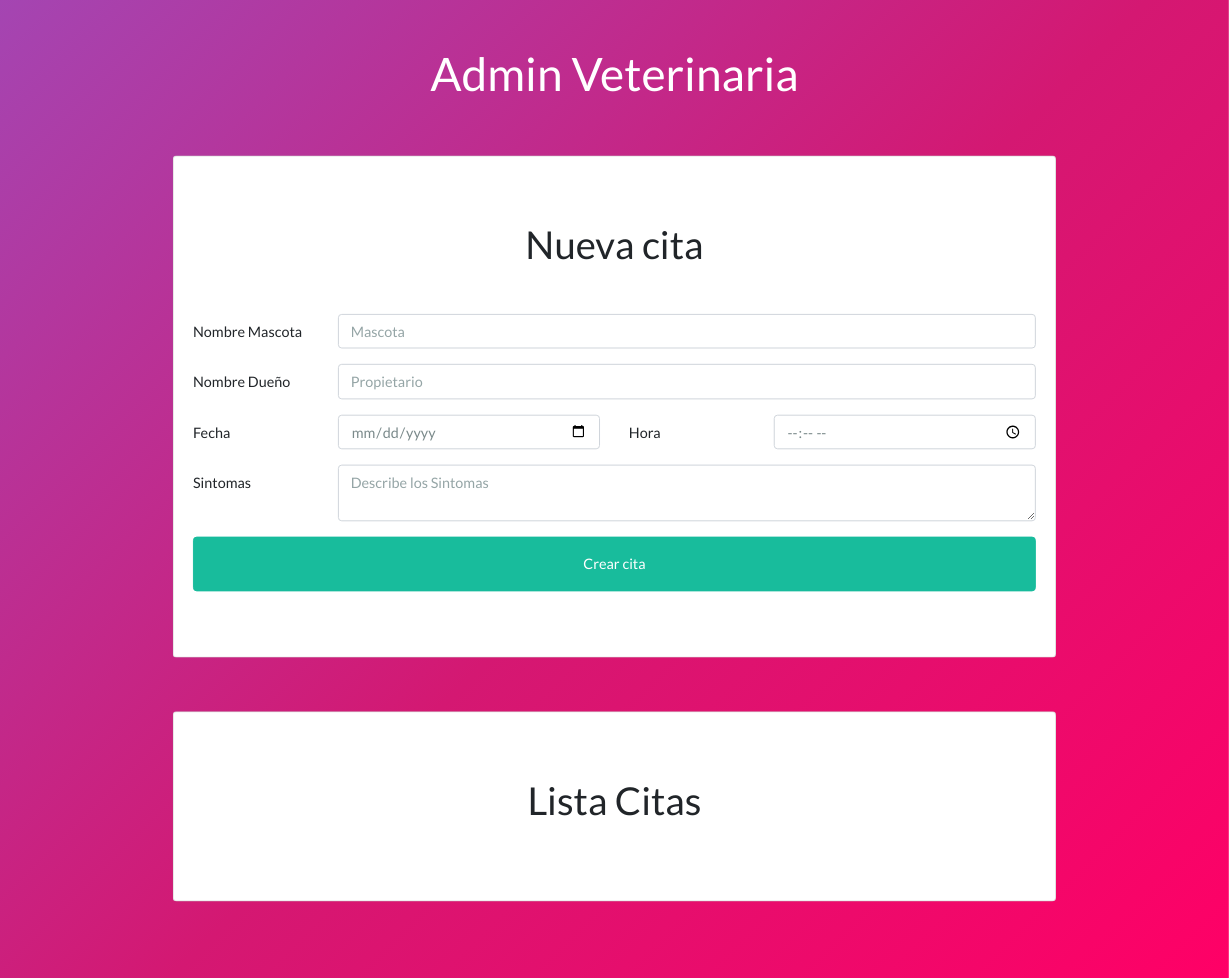
Repository: ppfeliuu/Veterinaria
Page: /
The author's editor kept a copy of each file at every save. The page is drawn from the files as they stood at one save, then again after the next save.
The browser window is 1280 px wide. The pictures show the whole page, at 96% of full size.
The project was rebuilt for these pictures with package versions that can differ from the ones it lists, and the page was loaded fresh each time. Also part of the build but not shown: src/components/Cita.js.

Above is the page before, as saved 2019-06-18 13:37:31.

### src/index.css
/* body {
  margin: 0;
  font-family: -apple-system, BlinkMacSystemFont, "Segoe UI", "Roboto", "Oxygen",
    "Ubuntu", "Cantarell", "Fira Sans", "Droid Sans", "Helvetica Neue",
    sans-serif;
  -webkit-font-smoothing: antialiased;
  -moz-osx-font-smoothing: grayscale;
}

code {
  font-family: source-code-pro, Menlo, Monaco, Consolas, "Courier New",
    monospace;
}
 */

 html {
  min-height: 100%;
}
body {
  margin: 0;
  padding: 0;
  font-family: sans-serif;
  background-image: linear-gradient(-225deg, #A445B2 0%, #D41872 52%, #FF0066 100%);
  min-height: 100%;
  padding-bottom: 5rem;
}

header {
  margin-top: 3rem;
}
header h1 {
  color: white;
}
.lista-citas .media {
  border-bottom: 1px solid #e1e1e1;
  padding-bottom: 3rem;
}

.lista-citas .media:last-of-type{
  border-bottom: 0;
}
.lista-citas .media-body p {
  margin:0;
}
.lista-citas .media-body button {
  margin-top: 1rem!important;
}
.lista-citas .media-body span {
  font-weight: bold;
}
.col-form-label {
  font-size: 12px;
}

### src/App.js
import React, { Component } from 'react';
import './bootstrap.min.css'
import Header from './components/Header';
import NuevaCita from './components/NuevaCita'
import ListaCitas from './components/ListaCitas'

class App extends Component {

  state = {
    citas: []
  }

  componentDidMount() {
    const citasLS = localStorage.getItem('citas');
    if (citasLS){
      this.setState({
        citas: JSON.parse(citasLS)
      })
    }
  }

  componentDidUpdate() {
    localStorage.setItem('citas', JSON.stringify(this.state.citas));
  }

  crearCita = datos => {
    const citas = [...this.state.citas, datos];

    this.setState({ citas });
  }

  eliminarCita = id => {
    const citasActuales = [...this.state.citas];

    const citas = citasActuales.filter(cita => cita.id !== id);

    this.setState({ citas });

  }

  render() {

    return(
      <div className="container">
        <Header
          titulo='Admin Veterinaria' />

        <div  className="row">
          <div className="col-md-10 mx-auto">
            <NuevaCita  crearCita={this.crearCita}/>
          </div>

          <div className="mt-5 col-md-10 mx-auto">
            <ListaCitas
            citas={this.state.citas}
            eliminarCita={this.eliminarCita}
            />
          </div>
        </div>
      </div>
    );
  }
}

export default App;

### src/components/Header.js
import React from 'react';
import PropTypes from 'prop-types';

const Header = ({titulo}) => (
    <header>
        <h1 className="text-center">{titulo}</h1>
    </header>
);
Header.propTypes = {
    titulo: PropTypes.string.isRequired
}

export default Header;

### src/components/NuevaCita.js
import React,{ Component } from 'react';
import uuid from 'uuid';
import PropTypes from 'prop-types';

const stateInicial = {
  cita: {
    mascota: '',
    propietario: '',
    fecha: '',
    hora: '',
    sintomas: ''
  },
  error: false

}

class NuevaCita extends Component {


    state = { ...stateInicial

     }

     handleChnage = e => {
       // console.log(e.target.name);

       this.setState({
         cita: {
           ...this.state.cita,
           [e.target.name]: e.target.value
         }
       })
     }

     handleSubmit = e => {
        e.preventDefault();

        const { mascota, propietario, fecha, hora, sintomas } = this.state.cita;

        if (mascota === '' || propietario === '' || fecha === '' || hora === '' || sintomas === '') {
          this.setState({
            error: true
          });
          return;
        }

        const nuevaCita = {...this.state.cita};
        nuevaCita.id = uuid();

        this.props.crearCita(nuevaCita);

        this.setState({
          ...stateInicial
        })
     }


    render() {

        const { error } = this.state;

        return (
            <div className="card mt-5 py-5">
                <div className="card-body">
                    <h2 className="card-title text-center mb-5">
                        Nueva cita
                    </h2>
                    { error ? <div className="alert alert-danger mt-2 mb-5 text-center">Todos los campos son obligatorios</div> : null }
                    <form onSubmit={this.handleSubmit}>
                        <div className="form-group row">
                          <label className="col-sm-4 col-lg-2 col-form-label">Nombre Mascota</label>
                          <div className="col-sm-8 col-lg-10">
                            <input
                                type="text"
                                name="mascota"
                                id="mascota"
                                className="form-control"
                                placeholder="Mascota"
                                onChange={this.handleChnage}
                                value={this.state.cita.mascota}
                                />
                          </div>
                        </div>

                        <div className="form-group row">
                          <label className="col-sm-4 col-lg-2 col-form-label">Nombre Dueño</label>
                          <div className="col-sm-8 col-lg-10">
                            <input
                                type="text"
                                name="propietario"
                                id="propietario"
                                className="form-control"
                                placeholder="Propietario"
                                onChange={this.handleChnage}
                                value={this.state.cita.propietario}/>
                          </div>
                        </div>

                        <div className="form-group row">
                          <label className="col-sm-4 col-lg-2 col-form-label">Fecha</label>
                          <div className="col-sm-8 col-lg-4">
                            <input
                                type="date"
                                name="fecha"
                                id="fecha"
                                className="form-control"
                                placeholder="Mascota"
                                onChange={this.handleChnage}
                                value={this.state.cita.fecha}
                                />
                          </div>

                          <label className="col-sm-4 col-lg-2 col-form-label">Hora</label>
                          <div className="col-sm-8 col-lg-4">
                            <input
                                type="time"
                                name="hora"
                                id="hora"
                                className="form-control"
                                placeholder="Mascota"
                                onChange={this.handleChnage}
                                value={this.state.cita.hora}
                                />
                          </div>
                        </div>

                        <div className="form-group row">
                          <label className="col-sm-4 col-lg-2 col-form-label">Sintomas</label>
                          <div className="col-sm-8 col-lg-10">
                              <textarea
                              className="form-control"
                              type="text"
                              name="sintomas"
                              id="sintomas"
                              placeholder="Describe los Sintomas"
                              onChange={this.handleChnage}
                              value={this.state.cita.sintomas}
                              >
                              </textarea>
                          </div>
                        </div>

                        <input type="submit" className="py-3 mt-2 btn btn-success btn-block" value="Crear cita" />
                    </form>
                </div>
            </div>
         );
    }
}
NuevaCita.protoTypes = {
  crearCita: PropTypes.func.isRequired
}


export default NuevaCita;

### src/components/ListaCitas.js
import React from 'react';
import Cita from './Cita';
import PropTypes from 'prop-types';

const ListaCitas = ({citas, eliminarCita}) => {
    return (

        <div className="card mt-2 py-5">
            <div className="card-body">
                <h2 className="card-title text-center">Lista Citas</h2>

                <div className="lista-citas">
                    {citas.map(cita => (
                        <Cita
                        key={cita.id}
                        cita={cita}
                        eliminarCita={eliminarCita}
                        />
                    ))}
                </div>
            </div>
        </div>
);
}
ListaCitas.propTypes = {
    citas: PropTypes.array.isRequired,
    eliminarCita: PropTypes.func.isRequired
}


export default ListaCitas;

Loaded but not shown: public/index.html (common file); src/index.js (common file); src/serviceWorker.js (common file); src/bootstrap.min.css (library)

After the next save:
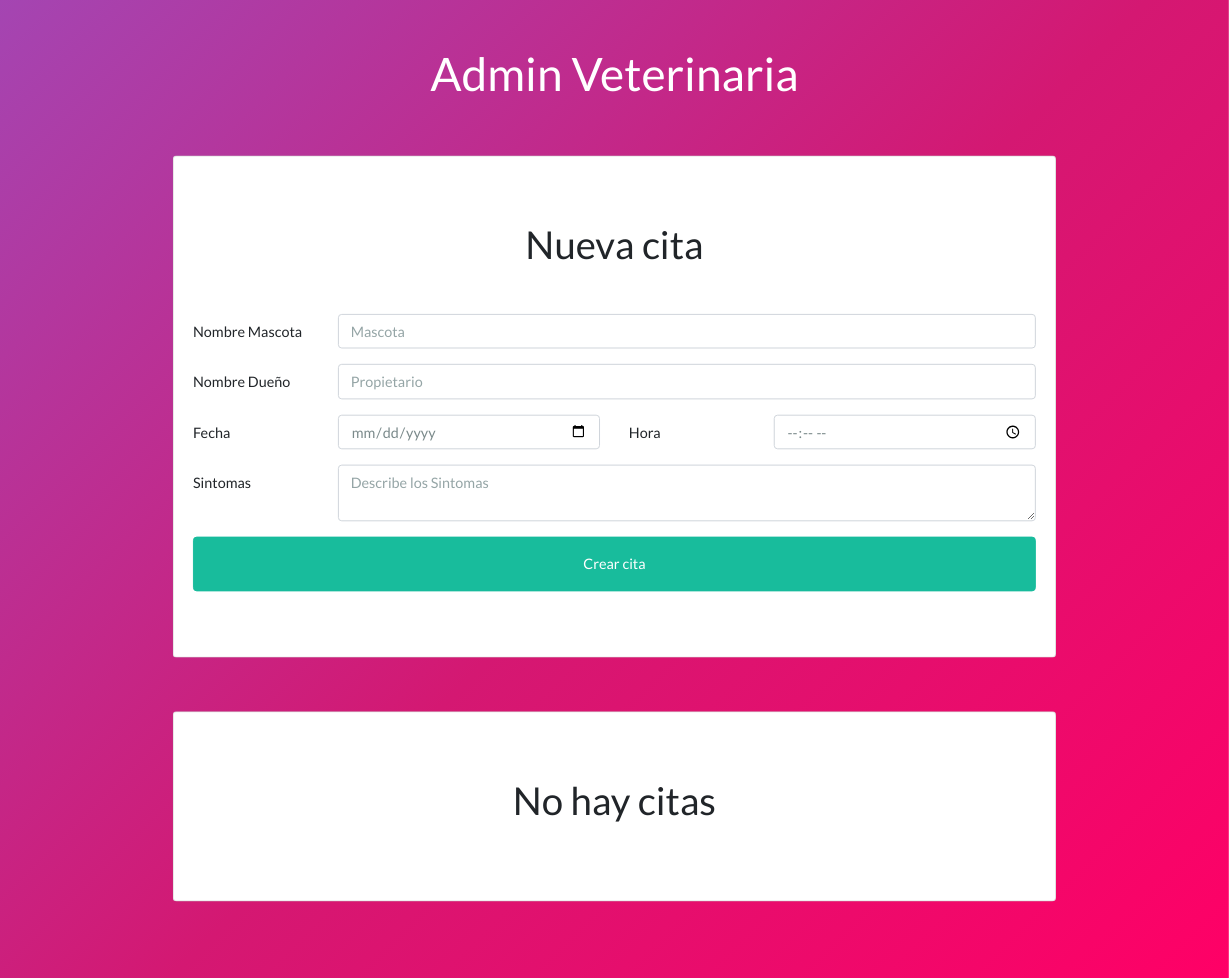
Saved 4 min 43 s later.
--- a/src/components/ListaCitas.js
+++ b/src/components/ListaCitas.js
@@ -3,11 +3,14 @@ import Cita from './Cita';
 import PropTypes from 'prop-types';
 
 const ListaCitas = ({citas, eliminarCita}) => {
+
+    const mensaje = Object.keys(citas).length === 0 ? 'No hay citas' : 'Crea nuevas citas aquí';
+
+
     return (
-
         <div className="card mt-2 py-5">
             <div className="card-body">
-                <h2 className="card-title text-center">Lista Citas</h2>
+                <h2 className="card-title text-center">{mensaje}</h2>
 
                 <div className="lista-citas">
                     {citas.map(cita => (
